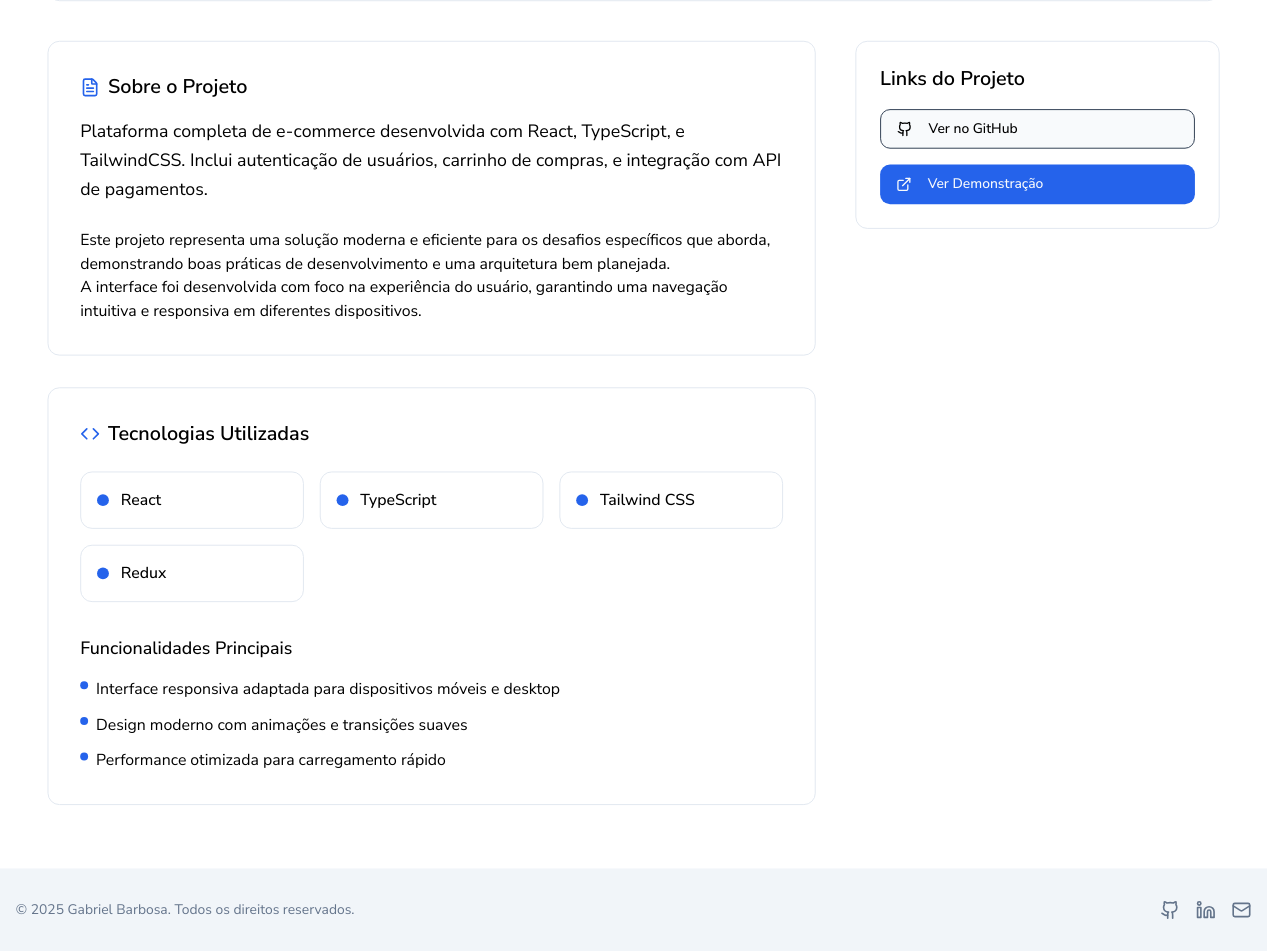
Repository: Biel-barbosa/portfolio-gabriel
Page: /projetos/1
These files come from the project's save history. The page is drawn as it stood at one moment and after the next save; the edit follows.
The browser window is 1280 px wide. The pictures show the part of the page from y = 679 to 1640 px (the page is 1640 px tall before and 1544 px after), at 99% of full size.
The page's requests for data from a server got no answer. The project was rebuilt for these pictures with package versions that can differ from the ones it lists, and the page was loaded fresh each time. No one was signed in, and anything a server would have sent is missing. Also part of the build but not shown: vite.config.ts, src/components/ui/tooltip.tsx, src/components/ui/card.tsx, src/components/ui/badge.tsx, src/components/ProjectCard.tsx, src/pages/Index.tsx, src/pages/Projects.tsx, src/pages/Contact.tsx and 1 more.

Above is the page before, as saved 2025-05-21 14:33:52.

After the next save:
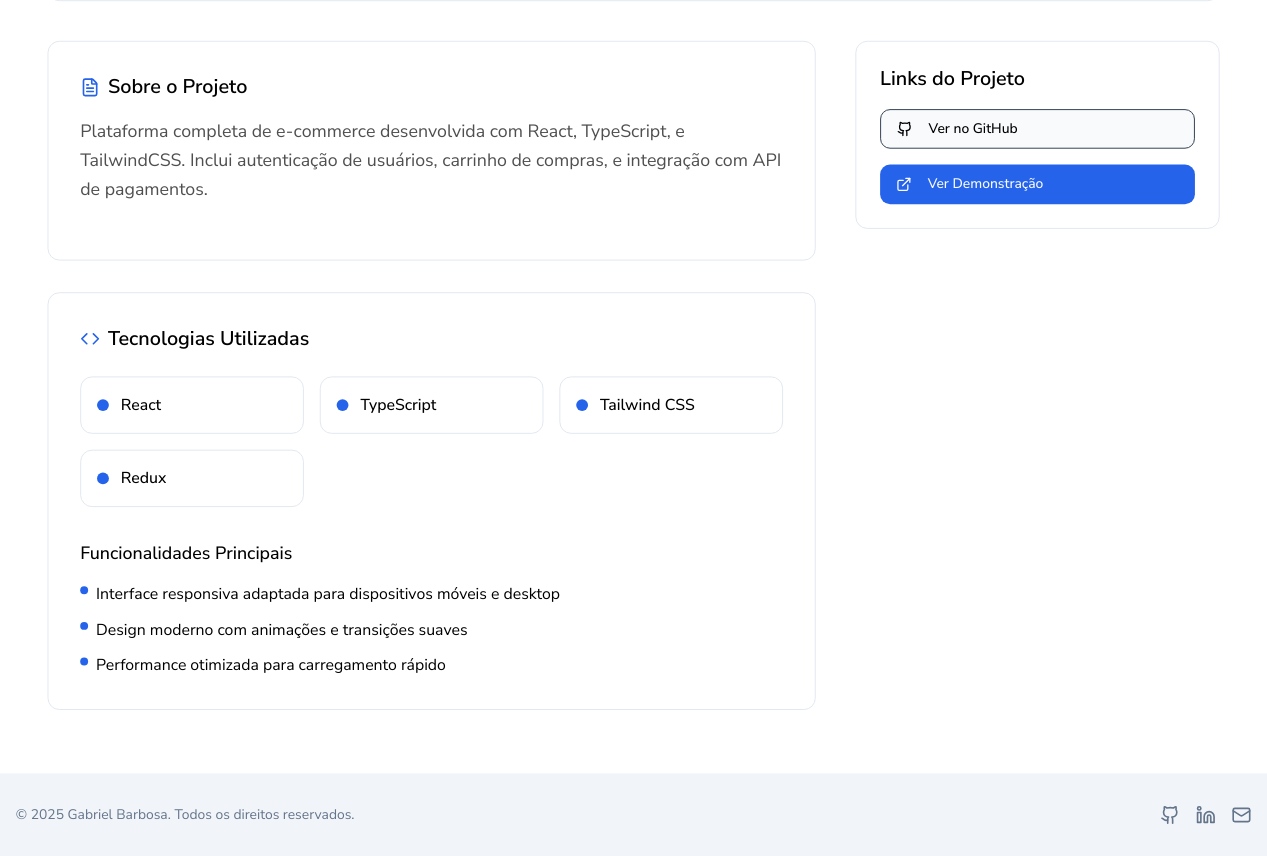
Saved 2 h 18 min later.
--- a/src/pages/ProjectDetail.tsx
+++ b/src/pages/ProjectDetail.tsx
@@ -1,7 +1,6 @@
-
 import React, { useEffect, useState } from 'react';
 import { useParams, Link } from 'react-router-dom';
-import { ArrowLeft, Calendar, Github, Globe, Code, FileText, ExternalLink, Image, Folder } from 'lucide-react';
+import { ArrowLeft, Calendar, Github, Globe, Code, FileText, ExternalLink, Image, Folder, Star, GitFork, History } from 'lucide-react';
 import { getProjectById } from '../services/projectService';
 import { Project } from '../types';
 import { Button } from '@/components/ui/button';
@@ -116,6 +115,20 @@
                       </div>
                     )}
                   </div>
+
+                  {project.repoDetails && (
+                    <div className="flex items-center gap-3 text-gray-400">
+                      <div className="flex items-center">
+                        <Star className="mr-1 h-4 w-4 text-yellow-400" />
+                        <span>{project.repoDetails.stars}</span>
+                      </div>
+
+                      <div className="flex items-center">
+                        <GitFork className="mr-1 h-4 w-4" />
+                        <span>{project.repoDetails.forks}</span>
+                      </div>
+                    </div>
+                  )}
                 </div>
               </div>
 
@@ -140,15 +153,22 @@
                       <FileText className="mr-2 h-5 w-5 text-primary" />
                       Sobre o Projeto
                     </h2>
-                    <p className="text-lg text-[##4f4f4f] leading-relaxed mb-6">
-                      {project.description}
+                    <p className="text-lg text-[#4f4f4f] leading-relaxed mb-6">
+                      {project.aboutProject || project.description}
                     </p>
 
-                    <div className="prose prose-invert max-w-none">
-                      <p>Este projeto representa uma solução moderna e eficiente para os desafios específicos que aborda, demonstrando boas práticas de desenvolvimento e uma arquitetura bem planejada.</p>
-
-                      <p>A interface foi desenvolvida com foco na experiência do usuário, garantindo uma navegação intuitiva e responsiva em diferentes dispositivos.</p>
-                    </div>
+                    {project.primaryLanguage && (
+                      <div className="flex items-center text-gray-500 mb-4">
+                        <Code className="mr-2 h-5 w-5 text-primary" />
+                        <span>Linguagem principal: <strong>{project.primaryLanguage}</strong></span>
+                      </div>
+                    )}
+
+                    {project.repoDetails && (
+                      <div className="prose max-w-none text-gray-600">
+                        <p>Criado em {formatDate(project.repoDetails.createdAt)} e última atualização em {formatDate(project.repoDetails.updatedAt)}.</p>
+                      </div>
+                    )}
                   </div>
 
                   <div className="bg-white border border-white-800 rounded-lg p-8">
@@ -161,7 +181,7 @@
                       {project.technologies && project.technologies.map((tech, index) => (
                         <div key={index} className="bg-white border border-white-700 rounded-lg p-4 flex items-center gap-3">
                           <span className="h-3 w-3 rounded-full bg-primary"></span>
-                          <span className="font-medium">{tech}</span>
+                          <span className="font-medium truncate">{tech}</span>
                         </div>
                       ))}
                     </div>
@@ -240,6 +260,19 @@
                           </a>
                         </Button>
                       )}
+
+                      {project.repoDetails?.homepage && project.repoDetails.homepage !== project.deployUrl && (
+                        <Button variant="secondary" className="w-full justify-start" asChild>
+                          <a
+                            href={project.repoDetails.homepage}
+                            target="_blank"
+                            rel="noopener noreferrer"
+                          >
+                            <Globe className="mr-2 h-5 w-5" />
+                            Site Oficial
+                          </a>
+                        </Button>
+                      )}
                     </div>
                   </div>
                 </div>

After the save that followed:
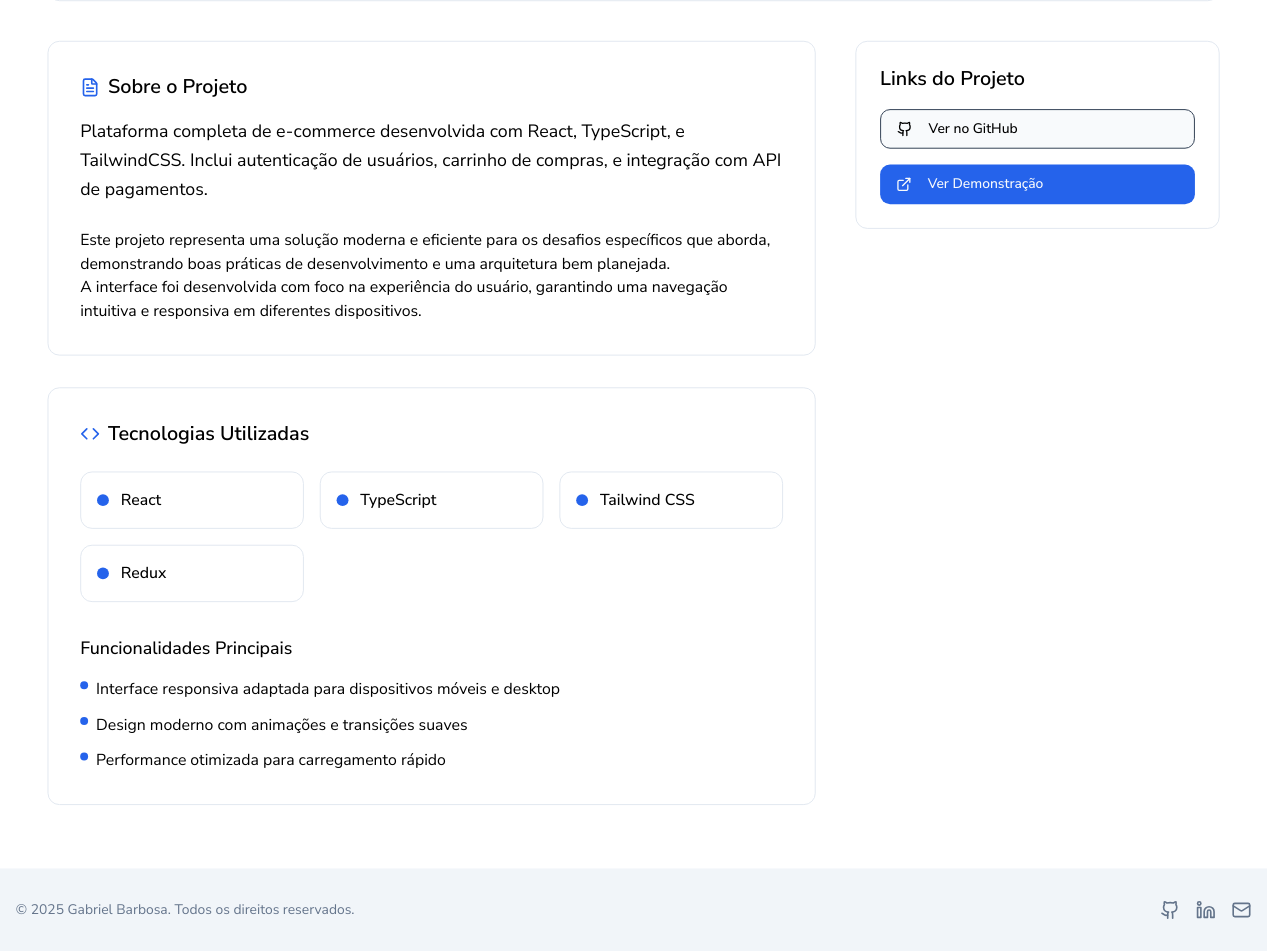
Saved 25 s later.
--- a/src/pages/ProjectDetail.tsx
+++ b/src/pages/ProjectDetail.tsx
@@ -1,6 +1,7 @@
+
 import React, { useEffect, useState } from 'react';
 import { useParams, Link } from 'react-router-dom';
-import { ArrowLeft, Calendar, Github, Globe, Code, FileText, ExternalLink, Image, Folder, Star, GitFork, History } from 'lucide-react';
+import { ArrowLeft, Calendar, Github, Globe, Code, FileText, ExternalLink, Image, Folder } from 'lucide-react';
 import { getProjectById } from '../services/projectService';
 import { Project } from '../types';
 import { Button } from '@/components/ui/button';
@@ -115,20 +116,6 @@
                       </div>
                     )}
                   </div>
-
-                  {project.repoDetails && (
-                    <div className="flex items-center gap-3 text-gray-400">
-                      <div className="flex items-center">
-                        <Star className="mr-1 h-4 w-4 text-yellow-400" />
-                        <span>{project.repoDetails.stars}</span>
-                      </div>
-
-                      <div className="flex items-center">
-                        <GitFork className="mr-1 h-4 w-4" />
-                        <span>{project.repoDetails.forks}</span>
-                      </div>
-                    </div>
-                  )}
                 </div>
               </div>
 
@@ -153,22 +140,15 @@
                       <FileText className="mr-2 h-5 w-5 text-primary" />
                       Sobre o Projeto
                     </h2>
-                    <p className="text-lg text-[#4f4f4f] leading-relaxed mb-6">
-                      {project.aboutProject || project.description}
+                    <p className="text-lg text-[##4f4f4f] leading-relaxed mb-6">
+                      {project.description}
                     </p>
 
-                    {project.primaryLanguage && (
-                      <div className="flex items-center text-gray-500 mb-4">
-                        <Code className="mr-2 h-5 w-5 text-primary" />
-                        <span>Linguagem principal: <strong>{project.primaryLanguage}</strong></span>
-                      </div>
-                    )}
-
-                    {project.repoDetails && (
-                      <div className="prose max-w-none text-gray-600">
-                        <p>Criado em {formatDate(project.repoDetails.createdAt)} e última atualização em {formatDate(project.repoDetails.updatedAt)}.</p>
-                      </div>
-                    )}
+                    <div className="prose prose-invert max-w-none">
+                      <p>Este projeto representa uma solução moderna e eficiente para os desafios específicos que aborda, demonstrando boas práticas de desenvolvimento e uma arquitetura bem planejada.</p>
+
+                      <p>A interface foi desenvolvida com foco na experiência do usuário, garantindo uma navegação intuitiva e responsiva em diferentes dispositivos.</p>
+                    </div>
                   </div>
 
                   <div className="bg-white border border-white-800 rounded-lg p-8">
@@ -181,7 +161,7 @@
                       {project.technologies && project.technologies.map((tech, index) => (
                         <div key={index} className="bg-white border border-white-700 rounded-lg p-4 flex items-center gap-3">
                           <span className="h-3 w-3 rounded-full bg-primary"></span>
-                          <span className="font-medium truncate">{tech}</span>
+                          <span className="font-medium">{tech}</span>
                         </div>
                       ))}
                     </div>
@@ -260,19 +240,6 @@
                           </a>
                         </Button>
                       )}
-
-                      {project.repoDetails?.homepage && project.repoDetails.homepage !== project.deployUrl && (
-                        <Button variant="secondary" className="w-full justify-start" asChild>
-                          <a
-                            href={project.repoDetails.homepage}
-                            target="_blank"
-                            rel="noopener noreferrer"
-                          >
-                            <Globe className="mr-2 h-5 w-5" />
-                            Site Oficial
-                          </a>
-                        </Button>
-                      )}
                     </div>
                   </div>
                 </div>
